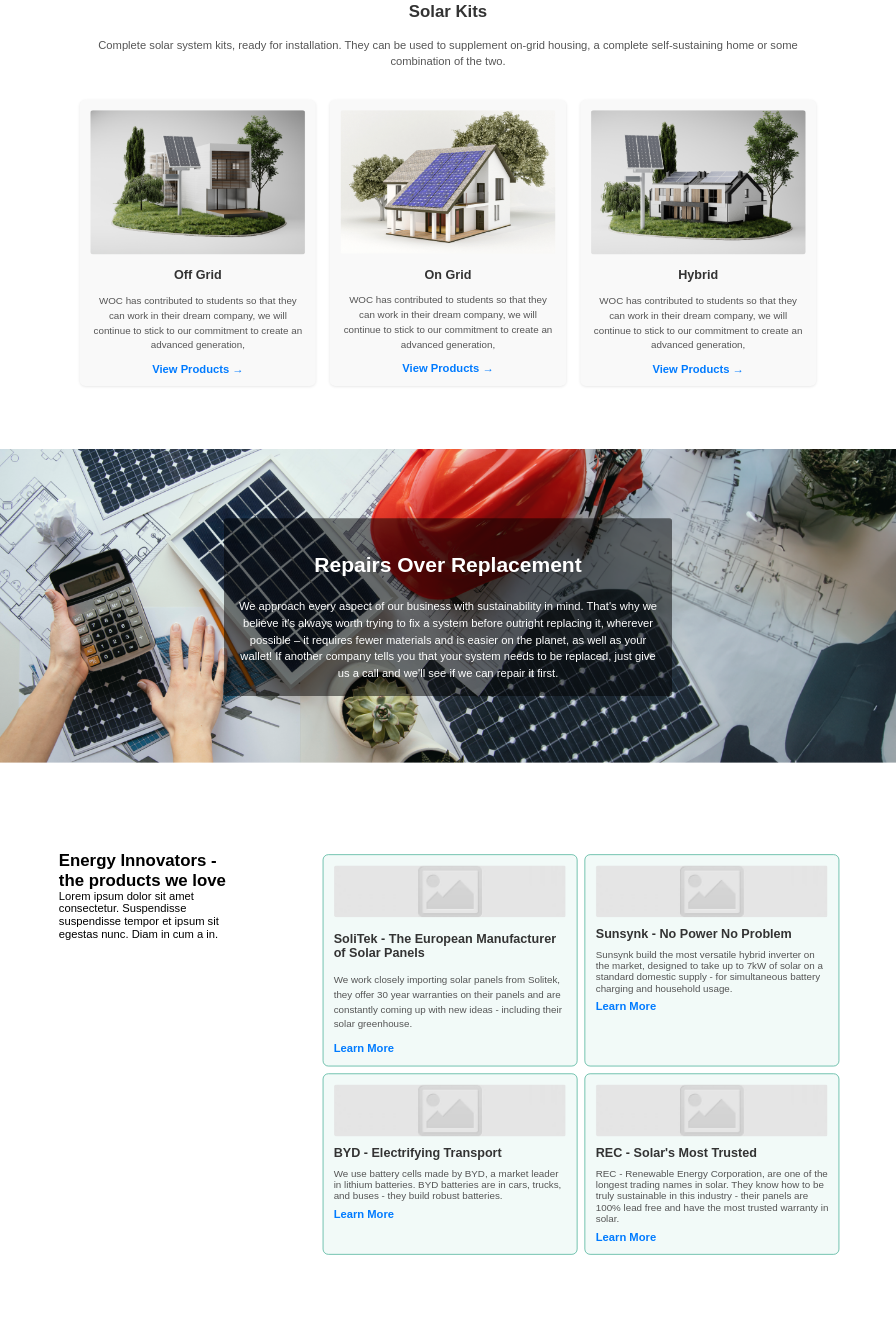
Repository: MaramNabil872/Landing-Page
Page: landingPage.html
The author's editor kept a copy of each file at every save. The page is drawn from the files as they stood at one save, then again after a run of saves.
The browser window is 1280 px wide. The pictures show the part of the page from y = 1968 to 3888 px (the page is 3888 px tall), at 70% of full size.

Above is the page before, as saved 2024-10-21 17:55:14.

### landingPage.html
<!DOCTYPE html>
<html lang="en">
    <head>
        <meta charset="UTF-8" />
        <meta name="viewport" content="width=device-width, initial-scale=1.0" />
        <title>Landing Page</title>
        <link rel="stylesheet" href="landingPage.css" />
    </head>
    <body>
        <nav class="navbar">
            <div class="logo">MyLogo</div>

            <ul class="nav-links">
                <li><a href="#home">Home</a></li>
                <li><a href="#about">About</a></li>
                <li><a href="#services">Services</a></li>
                <li><a href="#contact">Contact</a></li>
            </ul>
            <div class="call">
                <p>call us</p>
                <h3>+2 01017345</h3>
            </div>
        </nav>

        <div class="image-container">
            <img
                src="images/solar-panels-meadow 1.png"
                alt="Background Image"
                class="background-image"
            />
            <div class="main-text">
                <h2 class="text-wallpaper">
                    Solar Panel Installers <br />
                    In Plymouth
                </h2>
                <br />
                <p class="text-paragraph">
                    Fueled is an award-winning technology consultancy that
                    transforms <br />
                    businesses by generating ideas, building products, and
                    accelerating<br />
                    growth.
                </p>
                <div class="button-container">
                    <button class="button-wallpaper1">Call Us Today</button>
                    <button class="button-wallpaper2">
                        Requst a call back
                    </button>
                </div>
            </div>
        </div>

        <!-- first container -->

        <div class="container1">
            <div class="text-container1">
                <p class="title-container1">
                    The Friendliest Installers <br />in the South-West
                </p>
                <p class="paragraph-container1">
                    At Solidarity Solar our aims are to help our customers
                    towards a sustainable future and genuinely care about the
                    quality of products we use for our installs. We never sell
                    you equipment you don't need and will always advise to the
                    best of our ability, No hard sell or pushy sales tactics
                    ever. We take pride in our work and do our best to make sure
                    that we meet, or exceed, our customers' expectations.
                </p>
                <div class="last-container1">
                    <p>
                        <span class="number-container1">01/ </span>Collaborate
                        with 100+ leading
                    </p>
                    <p>
                        <span class="number-container1">02/ </span> 100+ leading
                        universities and companies
                    </p>
                    <p>
                        <span class="number-container1">03/ </span> leading
                        universities and companies
                    </p>
                    <p>
                        <span class="number-container1">04/ </span> universities
                        and companies
                    </p>
                </div>
            </div>
            <div class="image-container1">
                <img src="images/Rectangle 30.png" alt="solar" />
            </div>
        </div>

        <!-- second section -->

        <div class="section2">
            <img src="images/middle.png" alt="img" />
            <div class="main-text">
                <h2 class="section2-text">Power that Doesn't Cost the Earth</h2>
                <h6 class="section2-paragraph">
                    If you need advice then give us a call on 07745593882 or hit
                    the <br />
                    button below to request a call back!
                </h6>
                <button class="button-wallpaper2">Call Us Today</button>
            </div>
        </div>

        <!-- third section -->

        <div class="white-container">
            <h2 class="title">Solar Kits</h2>
            <p class="text">
                Complete solar system kits, ready for installation. They can be
                used to supplement on-grid housing, a complete self-sustaining
                home or some combination of the two.
            </p>

            <div class="card-container">
                <div class="card">
                    <img src="images/1.png" alt="Image 2" class="card-image" />
                    <h3 class="card-title">Off Grid</h3>
                    <p class="card-text">
                        WOC has contributed to students so that they can work in
                        their dream company, we will continue to stick to our
                        commitment to create an advanced generation,
                    </p>
                    <a href="#" class="card-link">View Products →</a>
                </div>
                <div class="card">
                    <img
                        src="images/solar-panels-meadow 2 (1).png"
                        alt="Image 3"
                        class="card-image"
                    />
                    <h3 class="card-title">On Grid</h3>
                    <p class="card-text">
                        WOC has contributed to students so that they can work in
                        their dream company, we will continue to stick to our
                        commitment to create an advanced generation,
                    </p>
                    <a href="#" class="card-link">View Products →</a>
                </div>
                <div class="card">
                    <img
                        src="images/solar-panels-meadow 3.png"
                        alt="Image 1"
                        class="card-image"
                    />
                    <h3 class="card-title">Hybrid</h3>
                    <p class="card-text">
                        WOC has contributed to students so that they can work in
                        their dream company, we will continue to stick to our
                        commitment to create an advanced generation,
                    </p>
                    <a href="#" class="card-link">View Products →</a>
                </div>
            </div>
        </div>

        <!-- forth section -->

        <div class="forth-image">
            <img src="images/8116 1 (1).png" alt="Full Width Image" />
            <div class="overlay-text">
                <h2 class="overlay-title">Repairs Over Replacement</h2>
                <p class="overlay-paragraph">
                    We approach every aspect of our business with sustainability
                    in mind. That's why we believe it's always worth trying to
                    fix a system before outright replacing it, wherever possible
                    – it requires fewer materials and is easier on the planet,
                    as well as your wallet! If another company tells you that
                    your system needs to be replaced, just give us a call and
                    we'll see if we can repair it first.
                </p>
            </div>
        </div>

        <!-- fifth section -->

        <div class="container4">
            <div class="text-section4">
                <h2>Energy Innovators - the products we love</h2>
                <p>
                    Lorem ipsum dolor sit amet consectetur. Suspendisse
                    suspendisse tempor et ipsum sit egestas nunc. Diam in cum a
                    in.
                </p>
            </div>
            <div class="card-section4">
                <div class="card4">
                    <img
                        src="images/image 9.png"
                        alt="Image 1"
                        class="card-image"
                    />
                    <h3 class="card-title">
                        SoliTek - The European Manufacturer of Solar Panels
                    </h3>
                    <p class="card-text">
                        We work closely importing solar panels from Solitek,
                        they offer 30 year warranties on their panels and are
                        constantly coming up with new ideas - including their
                        solar greenhouse.
                    </p>
                    <a href="#" class="card-link">Learn More</a>
                </div>
                <div class="card4">
                    <img
                        src="images/image 9.png"
                        alt="Image 2"
                        class="card-image4"
                    />
                    <h3 class="card-title4">Sunsynk - No Power No Problem</h3>
                    <p class="card-text4">
                        Sunsynk build the most versatile hybrid inverter on the
                        market, designed to take up to 7kW of solar on a
                        standard domestic supply - for simultaneous battery
                        charging and household usage.
                    </p>
                    <a href="#" class="card-link4">Learn More</a>
                </div>
                <div class="card4">
                    <img
                        src="images/image 9.png"
                        alt="Image 3"
                        class="card-image4"
                    />
                    <h3 class="card-title4">BYD - Electrifying Transport</h3>
                    <p class="card-text4">
                        We use battery cells made by BYD, a market leader in
                        lithium batteries. BYD batteries are in cars, trucks,
                        and buses - they build robust batteries.
                    </p>
                    <a href="#" class="card-link4">Learn More</a>
                </div>
                <div class="card4">
                    <img
                        src="images/image 9.png"
                        alt="Image 4"
                        class="card-image4"
                    />
                    <h3 class="card-title4">REC - Solar's Most Trusted</h3>
                    <p class="card-text4">
                        REC - Renewable Energy Corporation, are one of the
                        longest trading names in solar. They know how to be
                        truly sustainable in this industry - their panels are
                        100% lead free and have the most trusted warranty in
                        solar.
                    </p>
                    <a href="#" class="card-link4">Learn More</a>
                </div>
            </div>
        </div>
    </body>
</html>

### landingPage.css
* {
    margin: 0;
    padding: 0;
    box-sizing: border-box; /* Added for consistent sizing */
}

body {
    font-family: Arial, sans-serif;
}
@media (max-width: 480px) {
    .text-overlay {
        font-size: 1.2rem; /* Even smaller text size for very small screens */
    }

    .call h3 {
        font-size: 1.2rem; /* Adjust call size for small screens */
    }
}
@media (max-width: 768px) {
    .navbar {
        flex-direction: column; /* Stack items vertically */
        align-items: flex-start; /* Align items to the left */
    }

    .nav-links {
        margin-top: 10px; /* Space between navbar and links */
    }

    .nav-links li {
        margin-left: 0;
        margin-bottom: 10px; /* Space between links */
    }

    .text-overlay {
        font-size: 1.5rem; /* Smaller text size for mobile */
    }
}


.navbar {
    background-color: #0b9586;
    display: flex;
    justify-content: space-between;
    align-items: center;
    padding: 10px 20px;
    position: relative;
    flex-wrap: wrap; /* Allow items to wrap on smaller screens */
}

.logo {
    color: #fff;
    font-size: 24px;
}

.nav-links {
    list-style: none;
    display: flex;
    flex-wrap: wrap; /* Allow links to wrap on smaller screens */
}

.nav-links li {
    margin-left: 20px;
}

.nav-links a {
    text-decoration: none;
    color: white;
    font-size: 18px;
    transition: color 0.3s;
}

.nav-links a:hover {
    color: #f0a500;
}

.call {
    color: #fff;
    text-align: right; /* Align text to the right */
}

.image-container {
    position: relative;
    width: 100%;
    height: 100vh;
    overflow: hidden;
}

.background-image {
    width: 100%;
    height: 100%;
    object-fit: cover;
}
.main-text{
    position: absolute;
    top: 40%;
    left:5%;
}
.text-wallpaper {


    color: white;
    font-size: 40px;
    font-weight: bold;
    text-shadow: 2px 2px 4px rgba(0, 0, 0, 0.5);
}
.text-paragraph{
    color: white;
    font-size:  18px;

}
.button-container{
    display: flex;
}
.button-wallpaper1 {
    background-color: #0b9586;
    color: white;
    border: none;
    border-radius: 20em;
    padding: 0.8em 1.5em 0.8em 1.2em;
    width: 40%;
    margin: 4%;
    height: 50px;
    font-size: 16px;
    cursor: pointer;
    align-items: center;

}
.button-wallpaper2 {
    background-color:  #FFBB1C;
    ;
    color: white;
    border: none;
    border-radius: 20em;
    padding: 0.8em 1.5em 0.8em 1.2em;
    width: 40%;
    margin: 4%;
    height: 50px;
    font-size: 16px;
    cursor: pointer;
    align-items: center;

}

.container1 {
    display: flex;
    background-color: white;
    padding-top: 10%;
    border-radius: 8px;
    max-width: 1200px;
    margin: 20px auto;


}
.title-container1{
    font-size: 37px;
    font-weight: bold;


}
.text-container1 {
   flex:1;
    padding-right:5%;
padding-left: 5%;}
.paragraph-container1{
    margin-top: 5%;
    line-height: 1.3;
}

.last-container1{
    font-size: 20px;
    font-weight: bold;
    padding-top: 10%;
    line-height: 1.6;
    .number-container1{
        color:#84BD3A;
        ;
    }
}
.image-container1 {
   flex:1
}

.image-container1 img {
    width: 75%;
    height: auto;
    border-radius: 8px;
}


.section2 {
    position: relative;
    width: 100%;
    overflow: hidden;
}

.section2 img {
    width: 100%;
    height: auto; }

.section2-text {
font-size: 35px;
    color: white;

}
.section2-paragraph{
    padding-top: 5%;
    line-height: 1.5;

    font-size: 16px;
    color: white;
}

/* third section */
.white-container {
    background-color: white;
    padding: 5%;
    max-width: 1200px;
    margin: 2% auto;
}

.title {
    margin-bottom: 2%;
    font-size: 24px;
    color: #333;
    text-align: center;

}

.text {
    margin-bottom: 2%;
    font-size: 16px;
    color: #555;
    line-height: 1.5;
    text-align: center;
}

.card-container {
    display: flex;
    justify-content: space-between;
    margin-top: 4%;
}

.card {
    background-color: #f9f9f9;
    border-radius: 8px;
    box-shadow: 0 1px 4px rgba(0, 0, 0, 0.1);
    padding: 15px;
    text-align: center;
    flex: 1;
    margin: 0 10px;
}

.card-image {
    width: 100%;
    height: auto;
    border-radius: 4px;
}

.card-title {
    font-size: 18px;
    color: #333;
    margin-top: 5%;

}

.card-text {
    font-size: 14px;
    color: #555;
    margin-top: 5%;
    margin-bottom: 5%;
    line-height: 1.5;

}

.card-link {
    text-decoration: none;
    color: #007bff;
    font-weight: bold;
}

.card-link:hover {
    text-decoration: underline;
}
@media (max-width: 768px) {
    .card-container {
        flex-direction: column;
    }

    .card {
        flex: 1 1 100%;
        max-width: 100%;
        margin: 10px 0;
    }
}

/* forth css */

.forth-image {
    position: relative;
    width: 100%;
    overflow: hidden;
}

.forth-image img {
    width: 100%;
    height: auto;
}

.overlay-text {
    position: absolute;
    top: 50%;
    left: 50%;
    transform: translate(-50%, -50%);
    color: white;
    text-align: center;
    padding: 20px;
    background-color: rgba(0, 0, 0, 0.5);
    border-radius: 4px;
}
.overlay-title{
    margin-top: 5%;
    margin-bottom: 5%;
    font-size: 30px;

}
.overlay-paragraph{
    margin-top: 4%;
    line-height: 1.5;
    font-size: 16px;

}

/* //forth section// */


.container4 {
    display: flex;
    max-width: 1200px;
    margin: 5%;
}

.text-section4 {
    flex: 0 0 25%;
    padding: 20px;
    padding-top: 5%;

}

.card-section4 {
    margin-left: 4%;
    flex: 0 0 75%;
    display: flex;
    flex-wrap: wrap;
    justify-content: space-between;
    padding: 5%;
}

.card4 {

    background-color: #3cab8f10;
    border-radius: 8px;
   border: 1px solid #3CAB90;
    padding: 15px;

    flex: 0 0 calc(50% - 10px); /* Each card takes half of the card section width minus margin */
    margin: 5px; /* Margin around cards */
}

.card-image4 {
    width: 100%; /* Make the image take full width of the card */
    height: auto; /* Maintain aspect ratio */
    border-radius: 4px; /* Rounded corners for the image */
}

.card-title4 {
    font-size: 18px; /* Font size for card titles */
    color: #333; /* Color of card title text */
    margin: 10px 0; /* Margin above and below card title */
}

.card-text4 {
    font-size: 14px; /* Font size for card text */
    color: #555; /* Color of card text */
    margin: 10px 0; /* Margin above and below card text */
}

.card-link4 {
    text-decoration: none; /* Remove underline from link */
    color: #007bff; /* Link color */
    font-weight: bold; /* Bold link text */
}

.card-link4:hover {
    text-decoration: underline; /* Underline link on hover */
}

/* Media Query for Mobile Responsiveness */
@media (max-width: 768px) {
    .container4 {
        flex-direction: column; /* Stack text and cards vertically */
    }

    .text-section4 {
        flex: 1 1 100%; /* Full width for text section on mobile */
    }

    .card-section4 {
        flex: 1 1 100%; /* Full width for card section on mobile */
        display: flex; /* Use Flexbox for cards */
        flex-wrap: wrap; /* Allow cards to wrap */
    }

    .card4 {
        flex: 0 0 100%; /* Each card takes full width on mobile */
        margin: 10px 0; /* Margin above and below each card */
    }
}

After the next 2 saves:
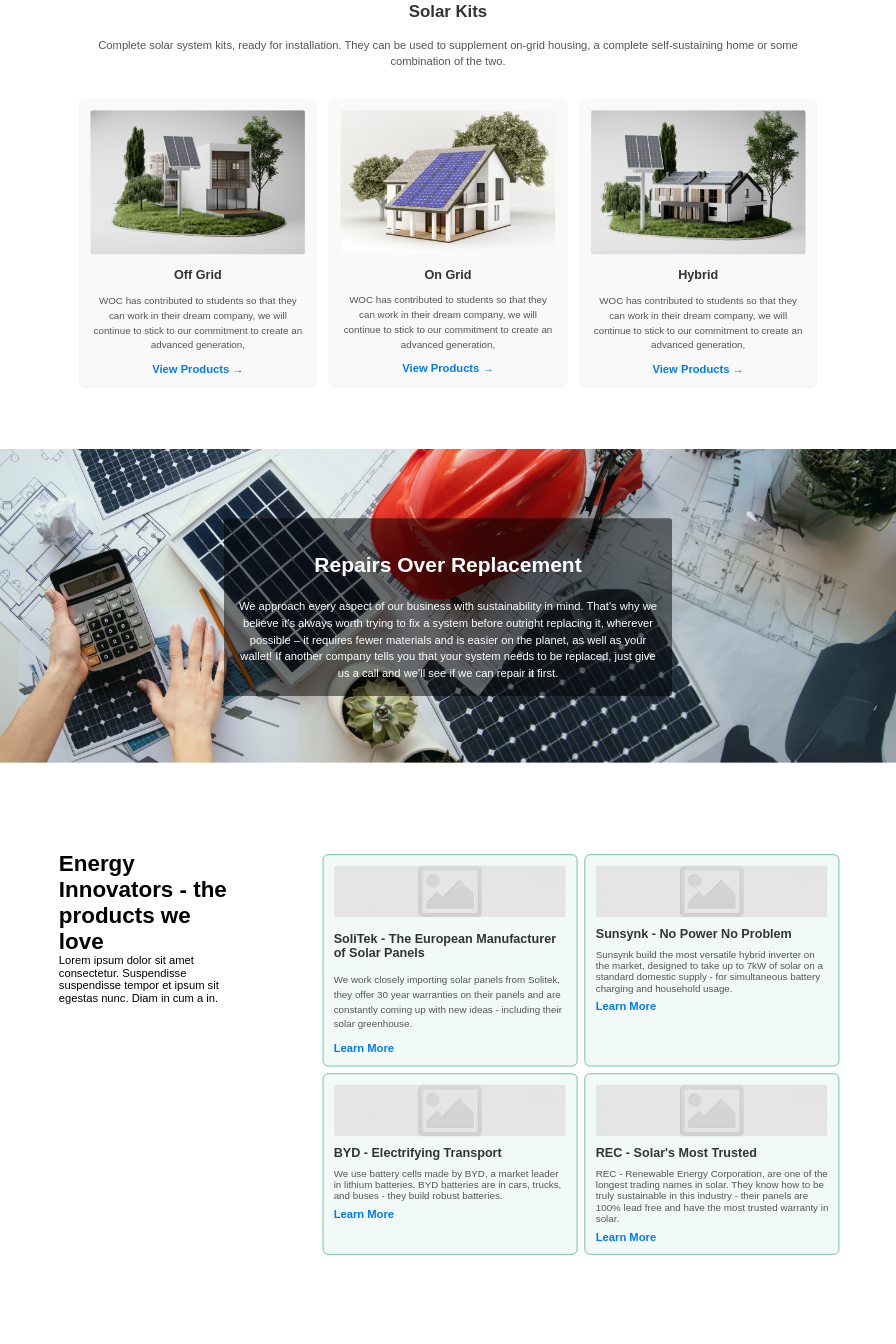
The 2 saves are shown as one change because they came seconds apart.
The last was saved 16 s later.
--- a/landingPage.html
+++ b/landingPage.html
@@ -179,7 +179,7 @@
 
         <div class="container4">
             <div class="text-section4">
-                <h2>Energy Innovators - the products we love</h2>
+                <h1>Energy Innovators - the products we love</h1>
                 <p>
                     Lorem ipsum dolor sit amet consectetur. Suspendisse
                     suspendisse tempor et ipsum sit egestas nunc. Diam in cum a
